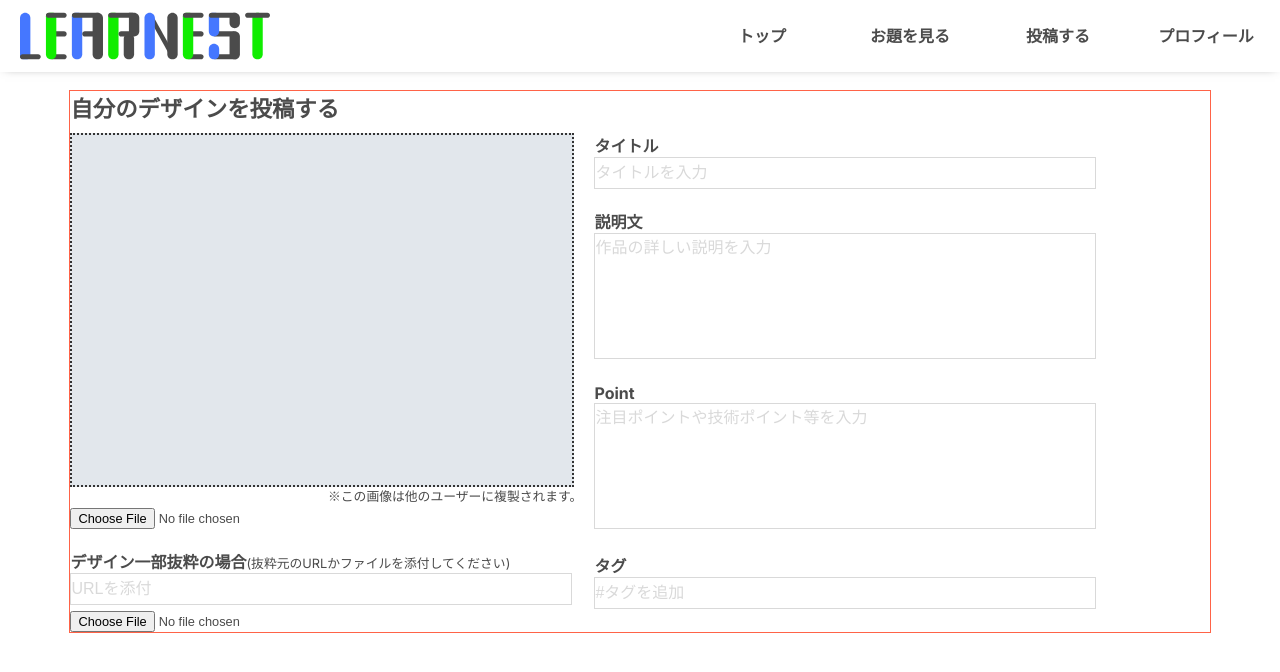
Repository: KawakamiAyaka/Learnest
Page: /inputPost
An editor plug-in stored every save of this project. The page is shown before and after the next save, followed by the edit.
The browser window is 1280 px wide. The pictures show the whole page.
The project was rebuilt for these pictures with package versions that can differ from the ones it lists, and the page was loaded fresh each time. The framework's server and built-in components were replaced by stand-ins that run in the browser. Also part of the build but not shown: next.config.mjs.

Above is the page before, as saved 2024-07-12 11:59:11.

### src/app/layout.tsx
import type { Metadata } from "next";
import { Inter } from "next/font/google";
import "./globals.css";
import Header from "@/Components/Header/Header";


const inter = Inter({ subsets: ["latin"] });

export const metadata: Metadata = {
  title: "learnest",
  description: "Generated by create next app",
};

export default function RootLayout({
  children,
}: Readonly<{
  children: React.ReactNode;
}>) {
  return (
    <html lang="ja">
      <body className={inter.className}>
        < Header/>
        {children}
      </body>
    </html>
  );
}

### src/app/inputPost/page.tsx
import style from "@/app/inputPost/inputPost.module.scss"

export default function inputPost() {
    return (
        <>
            <main className={style.input}>
                <h2 className={style.Title}>自分のデザインを投稿する</h2>
                <div className={style.inputWrap}>
                    <div>
                        <div className={style.inputFile}>
                            <p className={style.Notes}>※この画像は他のユーザーに複製されます。</p>
                        </div>
                        <input className={style.selectFile}type="file" />
                        <div className={style.ExcerptWrap}>
                            <h3>デザイン一部抜粋の場合<span>(抜粋元のURLかファイルを添付してください)</span></h3>
                            <input className={style.inputUrl} type="url" placeholder="URLを添付" name="URL"/>
                        </div>
                            <input className={style.selectFile} type="file" />
                    </div>
                    <div>
                        <h3>タイトル</h3>
                        <input className={style.inputTitle} type="text" placeholder="タイトルを入力" name="title"/>
                        <h3>説明文</h3>
                        <textarea className={style.explanation}  placeholder="作品の詳しい説明を入力" name="explanation"/>
                        <h3>Point</h3>
                        <textarea className={style.Point} placeholder="注目ポイントや技術ポイント等を入力"/>
                        <h3>タグ</h3>
                        <input className={style.tag} type="text" placeholder="#タグを追加"/>
                    </div>
                </div>
            </main>
        </>
    )
}

### src/app/globals.css
*{
  margin: 0;
  padding: 0;
  font-size: 16px;
  user-select: none;
  color: #4B4B4B;
  text-decoration: none;
}

### src/Components/Header/Header.tsx
// 'use client';
import Image from 'next/image'
import style from "@/Components/Header/Header.module.scss"
import Link from 'next/link';

export default function Header(){
    return(
        <>
            <header style={{
                        background:'white',
                        boxShadow:'0px 0px 10px -5px #777777',
                        width:'100%',
                        height:'10vh',
                        position:'fixed',
                        zIndex:'1000',
                        top:'0',
                        display:'flex',
                        alignItems:'center',
                        justifyContent:'space-between'
                    }}>
                <Image
                style={{marginLeft:'20px'}}
                src="LearnestLogo.svg"
                width={250}
                height={96}
                alt="larnestのロゴ"
                />
                <nav>
                    <ul style={{
                            display:'flex',
                            listStyleType:'none'
                        }}>
                        <li style={{
                                margin:'0 10px',
                                width:'8rem',
                                height:'2.5rem',
                                textAlign:'center',
                                lineHeight:'2.5rem'
                            }}>
                            <Link href="/"
                                style={{
                                    position:'relative',
                                    textDecoration:'none',
                                    fontWeight:'bold'
                                }}
                                className={style.Link}>トップ</Link>
                        </li>
                        <li style={{
                                margin:'0 10px',
                                width:'8rem',
                                height:'2.5rem',
                                textAlign:'center',
                                lineHeight:'2.5rem'
                            }}>
                            <Link href="/themaPost"
                                style={{
                                    position:'relative',
                                    textDecoration:'none',
                                    fontWeight:'bold'
                                }}
                                className={style.Link}>お題を見る</Link>
                        </li>
                        <li style={{
                                margin:'0 10px',
                                width:'8rem',
                                height:'2.5rem',
                                textAlign:'center',
                                lineHeight:'2.5rem'
                            }}>
                            <Link href="/inputPost"
                                style={{
                                    position:'relative',
                                    textDecoration:'none',
                                    fontWeight:'bold'
                                }}
                                className={style.Link}>投稿する</Link>
                        </li>
                        <li style={{
                                margin:'0 10px',
                                width:'8rem',
                                height:'2.5rem',
                                textAlign:'center',
                                lineHeight:'2.5rem'
                            }}>
                            <Link href="/profile"
                                style={{
                                    position:'relative',
                                    textDecoration:'none',
                                    fontWeight:'bold'
                                }}
                                className={style.Link}>プロフィール</Link>
                        </li>
                    </ul>
                </nav>
            </header>
        </>
    )
}

### src/app/inputPost/inputPost.module.scss
.input{
    margin: 0 auto;
    margin-top: 90px;
    width: 89%;
    border: 1px tomato solid;
    // display: flex;
    // flex-flow: column;
    // justify-content: center;
    // align-items: center;

    .Title{
        font-size: 1.4rem;
        margin-bottom: 10px;
    }

    .inputWrap{
        display: flex;
        gap: 20px;

        .inputFile{
            background: #E2E7EC;
            width: 500px;
            height: 350px;
            border: dotted 2px #333;
            position: relative;
            margin-bottom: 20px;

            .Notes{
                position: absolute;
                bottom: -20px;
                right: -10px;
                font-size: 0.8rem;
            }
        }

        .selectFile{
            font-size: 0.8rem;
        }

        .ExcerptWrap{
            margin: 20px 0 5px 0;
            h3{
                span{
                    font-size: 0.8rem;
                    font-weight: normal;
                }
            }
            .inputUrl{
                width: 500px;
                height: 30px;
                border: #d9d9d9 1px solid;
                font-weight: normal;

            }
            .inputUrl::placeholder {
                color: #d9d9d9;
            }

            .inputUrl:focus::placeholder {
                color: transparent;
            }
        }
        .inputTitle{
            width: 500px;
            height: 30px;
            margin-bottom: 20px;
            border: #d9d9d9 1px solid;
            font-weight: normal;

        }
        .inputTitle::placeholder {
            color: #d9d9d9;
        }

        .inputTitle:focus::placeholder {
            color: transparent;
        }

        .explanation{
            width: 500px;
            height: 124px;
            margin-bottom: 20px;
            border: #d9d9d9 1px solid;

        }
        .explanation::placeholder {
            color: #d9d9d9;
        }

        .explanation:focus::placeholder {
            color: transparent;
        }

        .Point{
            width: 500px;
            height: 124px;
            margin-bottom: 20px;
            border: #d9d9d9 1px solid;

        }
        .Point::placeholder {
            color: #d9d9d9;
        }

        .Point:focus::placeholder {
            color: transparent;
        }

        textarea{
            resize: none;
        }

        .tag{
            width: 500px;
            height: 30px;
            margin-bottom: 20px;
            border: #d9d9d9 1px solid;

        }
        .tag::placeholder {
            color: #d9d9d9;
        }

        .tag:focus::placeholder {
            color: transparent;
        }
    }
}

### src/Components/Header/Header.module.scss

.Link{
    &::after{
        position: absolute;
        bottom: -5px;
        left: 0;
        content: "";
        width: 100%;
        height: 3px;
        background: #6084E7;
        // border-radius: 50vh;
        transform: scaleX(0);
        transform-origin: center top;
        transition: transform 0.3s;
    }

    &:hover::after{
        transform: scaleX(1);
        transform-origin: center top;
    }
}

After the next save:
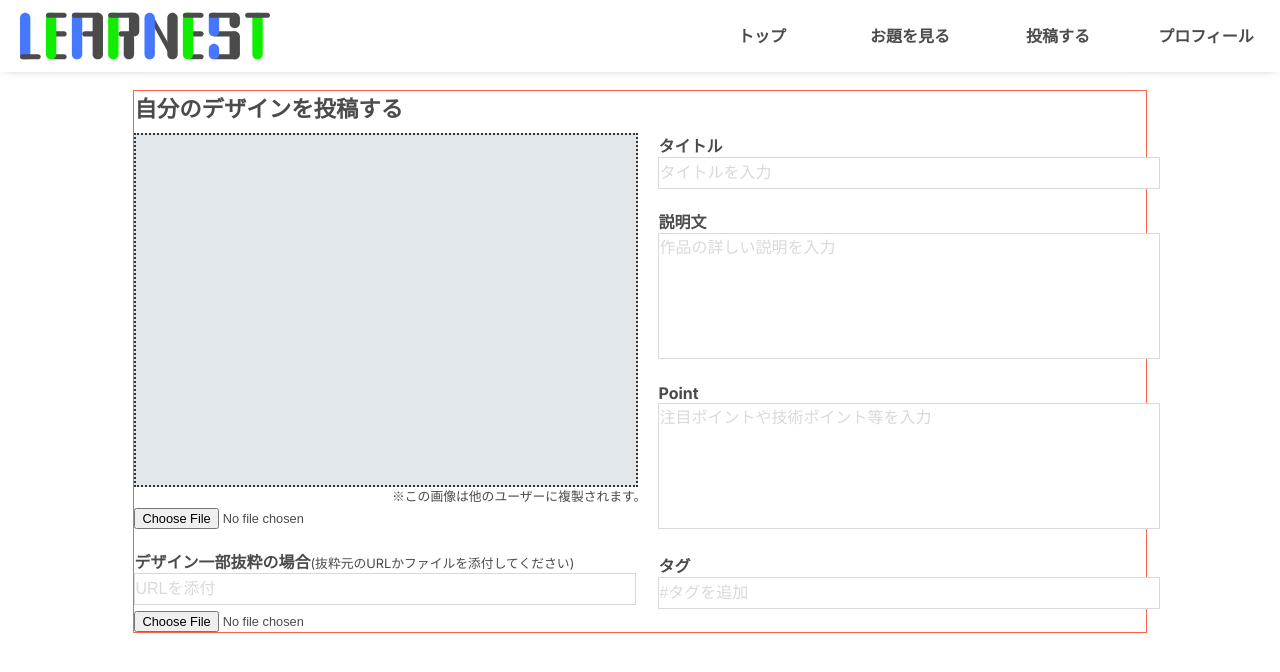
Saved 5 s later.
--- a/src/app/inputPost/inputPost.module.scss
+++ b/src/app/inputPost/inputPost.module.scss
@@ -1,7 +1,7 @@
 .input{
     margin: 0 auto;
     margin-top: 90px;
-    width: 89%;
+    width: 79%;
     border: 1px tomato solid;
     // display: flex;
     // flex-flow: column;
